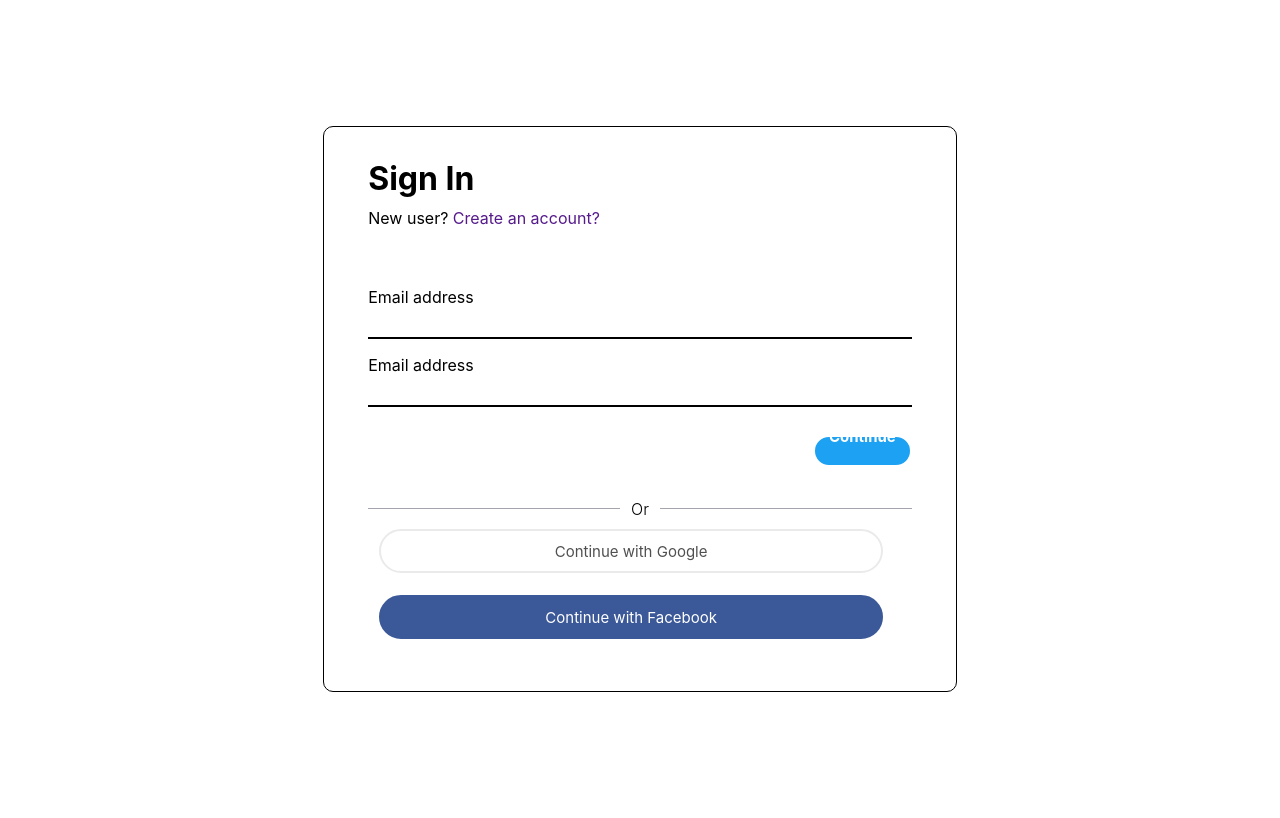
Repository: thangluu93/WereWolf
Page: Template/signIn.html
The author's editor kept a copy of each file at every save. The page is drawn from the files as they stood at one save, then again after a run of saves.
The browser window is 1280 px wide. The pictures show the whole page.

Above is the page before, as saved 2020-01-13 14:32:08.

### Template/signIn.html
<html>

<head>

    <link rel="stylesheet" href="../Stylesheet/signInStyle.css">
</head>

<body id="body1">
    <div class="container" id="container1">
        <div class="containerBody" id="containerBody1">
            <div class="border" id="border1">
                <div class="content" id="content1">
                    <div class="contentHeader">
                        <h1 class="Heading">Sign In</h1>
                        <p class="subHead">New user? <a href="">Create an account?</a></p>
                    </div>
                    <div class="fieldLayout">
                        <div class="fieldContainer" >
                            <div >
                                <p style="margin-bottom: 0;"> Email address </p>
                                <input type="email" class="field">
                            </div>
                            <div >
                                <p style="margin-bottom: 0;"> Email address </p>
                                <input type="email" class="field">
                            </div>
                        </div>
                        <div class="emailContinue">
                            <button class="emailContinueBtn ">
                                <span>Continue</span>
                            </button>
                        </div>
                    </div>
                    <div class="contentFooter">
                        <strong class="line">Or</strong>
                        <div class="socialSignIn" id="socialSignIn1">
                            <a href="" class="googleSignIn">
                                <!-- <svg viewBox="0 0 1152 1152" focusable="false" aria-hidden="true" role="img"
                                class="googleIconSvg">
                                <path
                                    d="M1055.994 594.42a559.973 559.973 0 0 0-8.86-99.684h-458.99V683.25h262.28c-11.298 60.918-45.633 112.532-97.248 147.089v122.279h157.501c92.152-84.842 145.317-209.78 145.317-358.198z"
                                    fill="#4285f4"></path>
                                <path
                                    d="M588.144 1070.688c131.583 0 241.9-43.64 322.533-118.07l-157.5-122.28c-43.64 29.241-99.463 46.52-165.033 46.52-126.931 0-234.368-85.728-272.691-200.919H152.636v126.267c80.19 159.273 245 268.482 435.508 268.482z"
                                    fill="#34a853"></path>
                                <path
                                    d="M315.453 675.94a288.113 288.113 0 0 1 0-185.191V364.482H152.636a487.96 487.96 0 0 0 0 437.724z"
                                    fill="#fbbc05"></path>
                                <path
                                    d="M588.144 289.83c71.551 0 135.792 24.589 186.298 72.88l139.78-139.779C829.821 144.291 719.504 96 588.143 96c-190.507 0-355.318 109.21-435.508 268.482L315.453 490.75c38.323-115.19 145.76-200.919 272.691-200.919z"
                                    fill="#ea4335"></path>
                            </svg> -->
                                <span>Continue with Google</span>
                            </a>
                            <a href="" class="facebookSignIn">
                                <!-- <svg viewBox="0 0 1152 1152" class="facebookIconSvg" aria-hidden="true" data-prefix="fab" data-icon="facebook-f"
                                role="img" xmlns="http://www.w3.org/2000/svg" viewBox="0 0 264 512" data-fa-i2svg="">
                                <path fill="currentColor"
                                    d="M76.7 512V283H0v-91h76.7v-71.7C76.7 42.4 124.3 0 193.8 0c33.3 0 61.9 2.5 70.2 3.6V85h-48.2c-37.8 0-45.1 18-45.1 44.3V192H256l-11.7 91h-73.6v229">
                                </path>
                            </svg> -->
                                <span>Continue with Facebook</span>

                            </a>

                        </div>
                    </div>
                </div>

            </div>
        </div>
    </div>
</body>

</html>

### Stylesheet/signInStyle.css
.containerBody{
    margin: 0;
    padding: 0;
    width: 100%;
}

#containerBody1{
  width: 100%;

}

#content1{

    display: flex;
    flex-direction: column;


}

.content{
    height: 90%;
    padding: 5% 7% 7% 7%;
}

.border{
    width: 50%;
    height: 80%;
}

#border1{
    border: 1px solid black;
    border-radius: 10px;   ;

    margin: 10% auto;
    justify-content: center;
    align-items: center;

}

.socialSignIn a{
    margin: 2%;
    width: 92%;
    height: 2.5rem;
    display: flex;
    align-items: center;
    justify-content: center;
    font-size: 15px;
}

.socialSignIn{
    margin-top: 2 rem;
}

#socialSignIn1{
    display: flex;
    flex-direction: column;
}

.googleSignIn,.facebookSignIn,.twitterSignIn{
    border: 2px;
    border-style: solid;
    border-radius: 100px;
}

.subHead{
    margin: 10px 0 0 0;
}

.heading{
    margin: 0;
}

p {
    font-family: adobe-clean,"Source Sans Pro",-apple-system,BlinkMacSystemFont,"Segoe UI",Roboto,sans-serif;
}

h1{
    font-family: adobe-clean,"Source Sans Pro",-apple-system,BlinkMacSystemFont,"Segoe UI",Roboto,sans-serif;
    font-size: 32px;
}

span{
    font-family: adobe-clean,"Source Sans Pro",-apple-system,BlinkMacSystemFont,"Segoe UI",Roboto,sans-serif;
}

a{
    text-decoration: none;
}

.field{
    width: 100%;
    height: 2rem;
    margin:0;
    border-color: black;
    border-top: 0;
    border-left: 0;
    border-right: 0;
    border-bottom: 2px;
    border-style: solid;
    font-size: 16px;
    outline: none;
}

.fieldContainer{
    margin: 0 0 5% 0;
}

.emailContinueBtn{
    display: flex;
    box-shadow: none;
    background-color: #1da1f2;
    color: white;
    border: none;
    outline: none;
    border-width: 2px;
    border-style: solid;
    border-radius: 16px;
    height: 32px;
    min-width: 72px;
    padding: 0 14px 0;
    font-size: 15px;
    font-weight: 700;
    line-height: 0;
    justify-content: center;
}

.emailContinue{
    display: flex;
    align-items: flex-end;
    flex-direction: column;
}

.googleSignIn{
    border-color: #eaeaea;
    color: #505050;
}

.facebookSignIn{
    border-color:#3b5998;
    background-color: #3b5998;
    color: white;
}

.twitterSignIn{
    color: white;
    border-color: #1da1f2;
    background-color: #1da1f2;
}

.line {
    display: flex;
    z-index: 1;
    position: relative;
    width: 100%;
    color: black;
    justify-content: center;
    font-weight: 300;
    font-family: adobe-clean,"Source Sans Pro",-apple-system,BlinkMacSystemFont,"Segoe UI",Roboto,sans-serif
}

.line:before {
    width: 40px;
    height: 10px;
    background-color: white;
    margin-top: -5px;
    margin-left: -20px;
    margin-right: 0px;
    margin-bottom: 0px;
    position: absolute;
    left: 50%;
    top: 50%;
    z-index: -1;
    content: '';
}

.line:after {
    border-bottom: 1px solid #a4a5ac;
    display: block;
    position: absolute;
    top: 49%;
    width: 100%;
    z-index: -2;
    content: '';
}

.fieldLayout{
    margin: 8% 0 2rem 0 ;
}

After the next 2 saves:
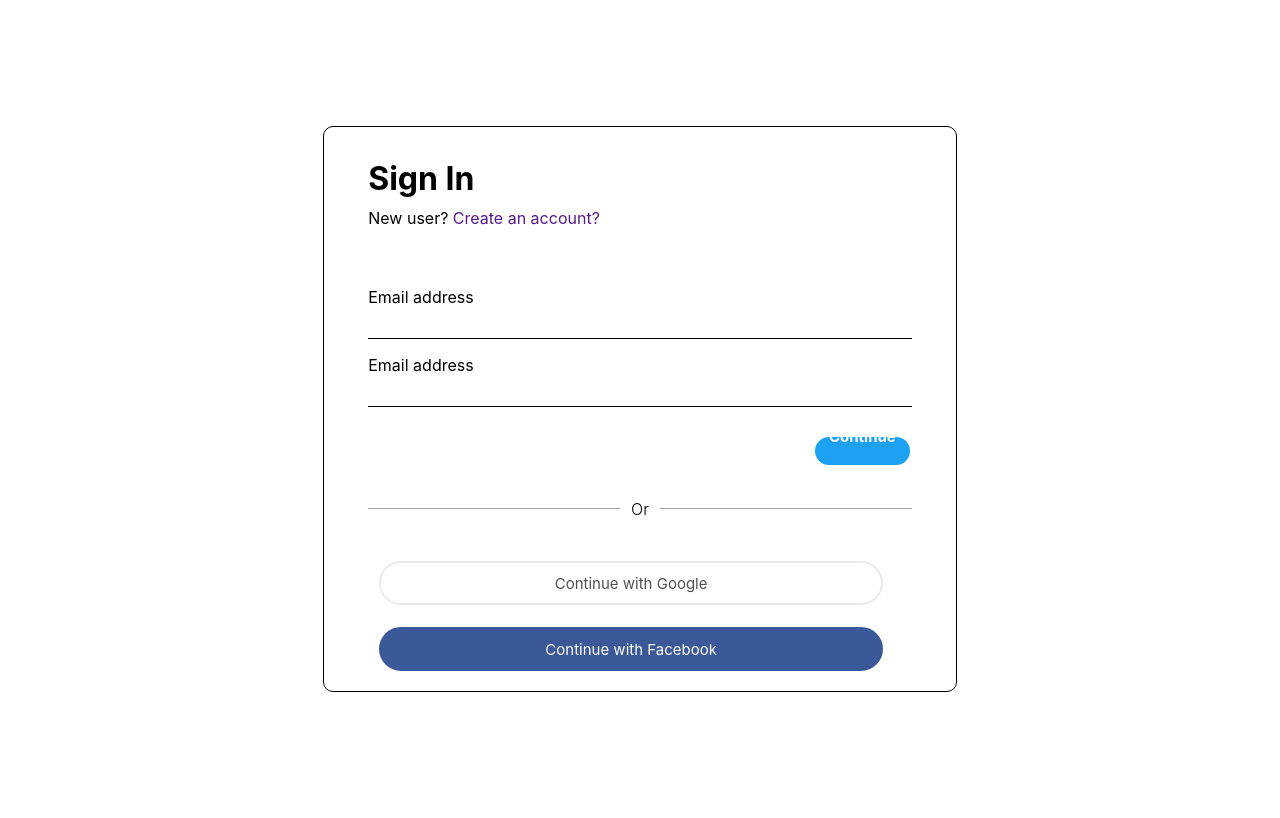
The 2 saves are shown as one change because they came seconds apart.
The last was saved 110 s later.
--- a/Stylesheet/signInStyle.css
+++ b/Stylesheet/signInStyle.css
@@ -48,7 +48,7 @@
 }
 
 .socialSignIn{
-    margin-top: 2 rem;
+    margin-top: 2rem;
 }
 
 #socialSignIn1{
@@ -95,7 +95,7 @@ a{
     border-top: 0;
     border-left: 0;
     border-right: 0;
-    border-bottom: 2px;
+    border-bottom: 1px;
     border-style: solid;
     font-size: 16px;
     outline: none;
